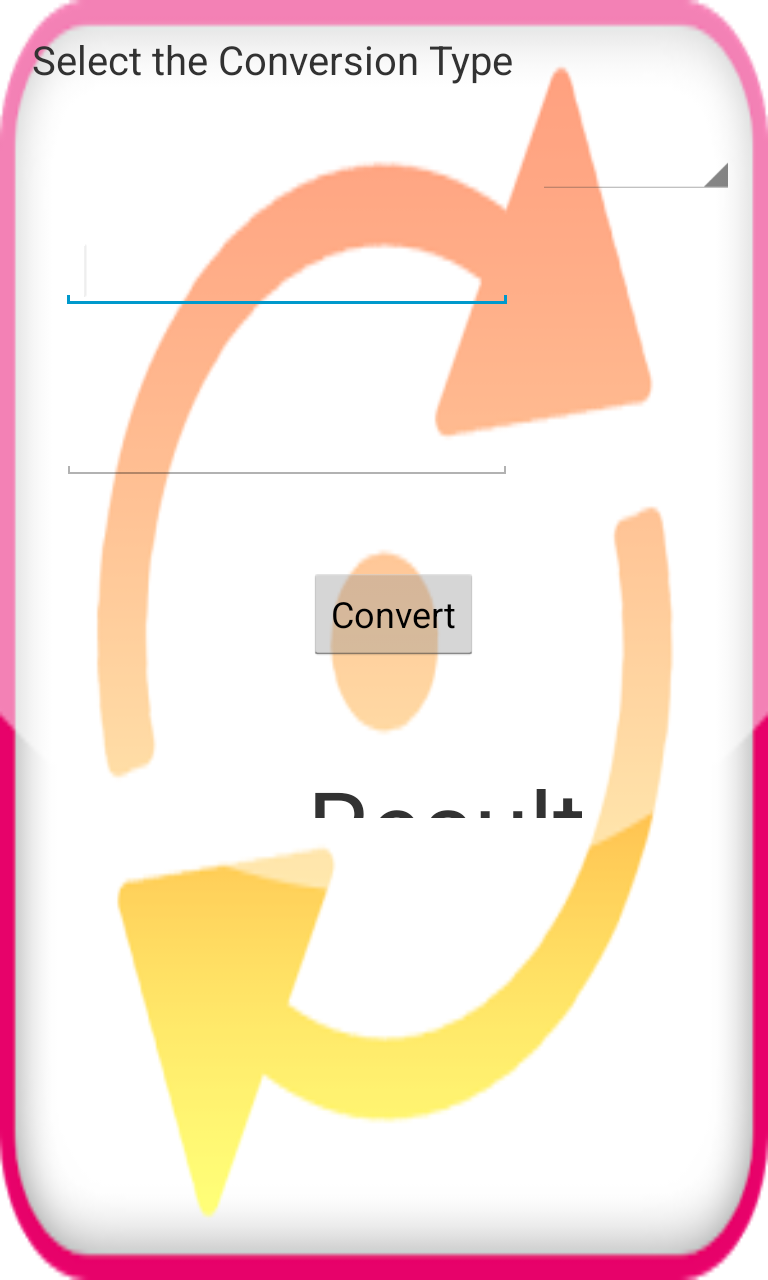
Repository: Shruthi06/designed-droid
Layout: conversion_assignment/res/layout/activity_main.xml
The author's editor kept a copy of each file at every save. The layout is drawn from the files as they stood at one save, then again after the next save.
It is drawn on a 768 x 1280 px phone screen (xhdpi) without system bars, with theme AppTheme; the app's code is not run.

Above is the layout before, as saved 2016-02-05 08:07:25.

After the next save:
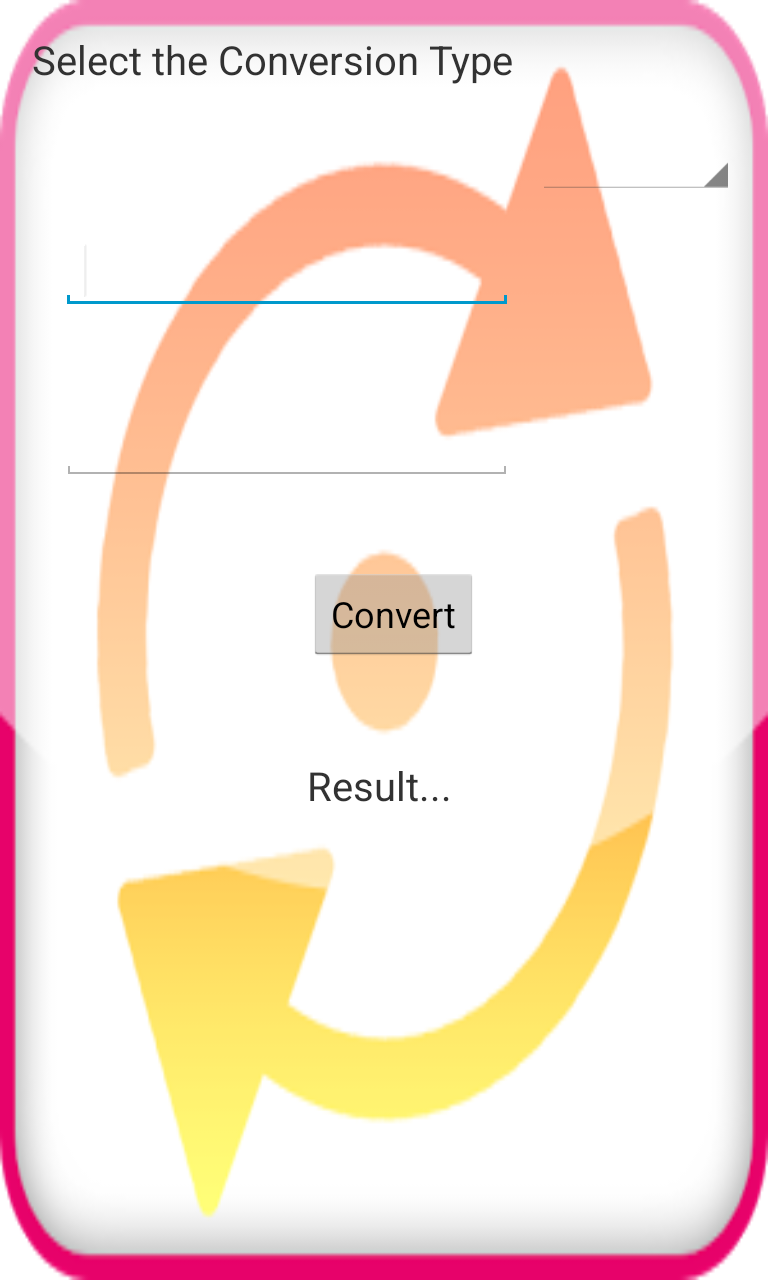
Saved 9 s later.
--- a/conversion_assignment/res/layout/activity_main.xml
+++ b/conversion_assignment/res/layout/activity_main.xml
@@ -68,7 +68,7 @@
         android:layout_alignLeft="@+id/buttonconvert"
         android:layout_below="@+id/buttonconvert"
         android:layout_marginTop="48dp"
-        android:textSize="50dp"
+        android:textSize="20dp"
         android:text="Result..." />
 
 </RelativeLayout>
